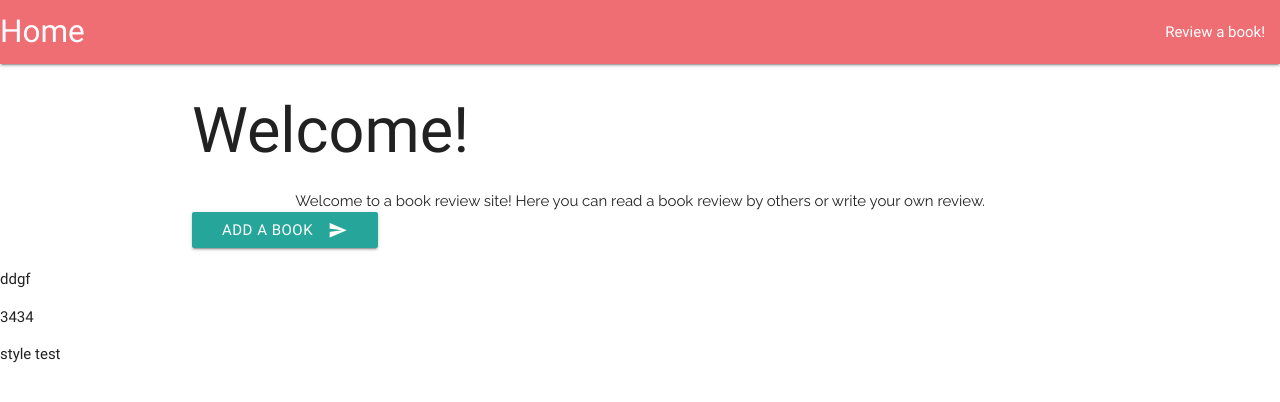
Repository: h8130084/bookReview
Page: http://localhost/
The author's editor kept a record of every edit. The page is drawn from the files as they stood at one moment, then again after the next edit.
The browser window is 1280 px wide. The pictures show the whole page.
Some web libraries are served in a nearby version. The page is served by the project's application, run on Flask 3 (app.py). Queries for data that is not in the repository find no rows.

Above is the page before.
Console error: ReferenceError: M is not defined

After the next edit:
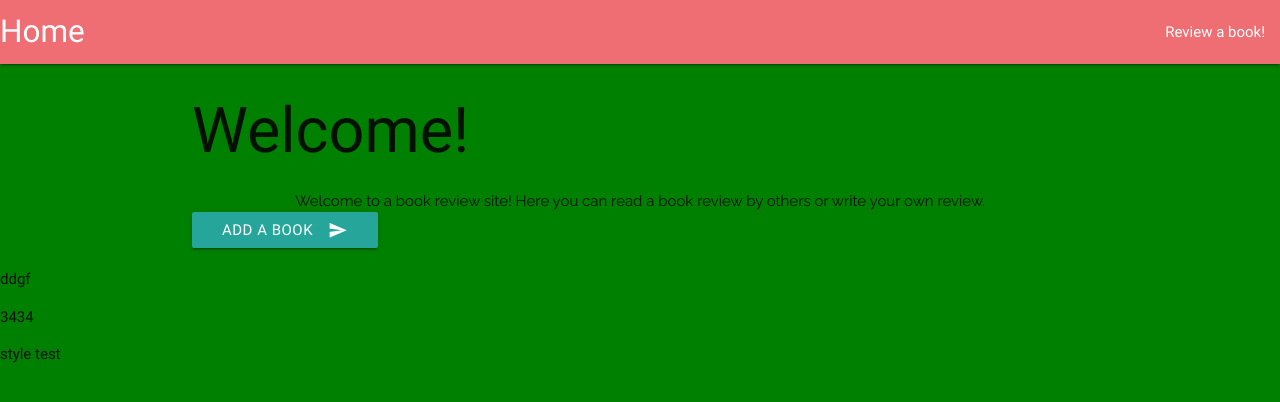
The edit:
--- a/static/style.css
+++ b/static/style.css
@@ -1,9 +1,11 @@
-@import url('https://fonts.googleapis.com/css?family=Raleway&display=swap" rel="stylesheet: 100,200,300,400,500,600,700');
+@import url('https://fonts.googleapis.com/css?family=Raleway&display=swap');
+body{
+    background-color: green;
+}
 
-/*body{*/
-/*    background-color: green;*/
-/*}*/
+.books{
 
+ }
 
 .sub-heading {
   font-family: 'Raleway', sans-serif;
